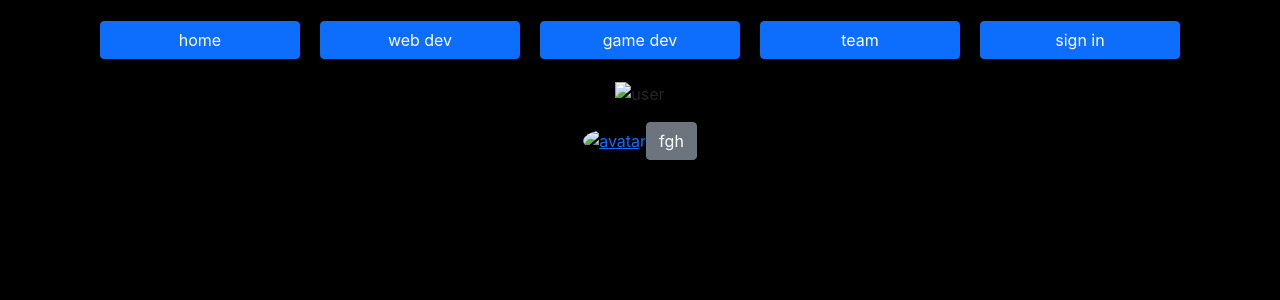
Repository: romAtam/5778
Page: /team/fgh
These files come from the project's save history. The page is drawn as it stood at one moment and after the next save; the edit follows.
The browser window is 1280 px wide. The pictures show the whole page.
The page's requests for data from a server got no answer. The project was rebuilt for these pictures with package versions that can differ from the ones it lists, and the page was loaded fresh each time. No one was signed in, and anything a server would have sent is missing. Also part of the build but not shown: src/Pages/Home.js, src/Pages/Game.js, src/Pages/Web.js, src/Pages/Signin.js, src/Pages/Register.js.

Above is the page before, as saved 2021-12-12 02:25:59.

### public/index.html
<!DOCTYPE html>
<html lang="en">
  <head>
    <meta charset="utf-8" />
    <link rel="icon" href="%PUBLIC_URL%/favicon.ico" />
    <meta name="viewport" content="width=device-width, initial-scale=1" />
    <meta name="theme-color" content="#000000" />
    <link href="https://cdn.jsdelivr.net/npm/bootstrap@5.0.2/dist/css/bootstrap.min.css" rel="stylesheet" integrity="sha384-EVSTQN3/azprG1Anm3QDgpJLIm9Nao0Yz1ztcQTwFspd3yD65VohhpuuCOmLASjC" crossorigin="anonymous">
    <meta
      name="description"
      content="Web site created using create-react-app"
    />
    <link rel="apple-touch-icon" href="%PUBLIC_URL%/logo192.png" />
    <!--
      manifest.json provides metadata used when your web app is installed on a
      user's mobile device or desktop. See https://developers.google.com/web/fundamentals/web-app-manifest/
    -->
    <link rel="manifest" href="%PUBLIC_URL%/manifest.json" />
    <!--
      Notice the use of %PUBLIC_URL% in the tags above.
      It will be replaced with the URL of the `public` folder during the build.
      Only files inside the `public` folder can be referenced from the HTML.

      Unlike "/favicon.ico" or "favicon.ico", "%PUBLIC_URL%/favicon.ico" will
      work correctly both with client-side routing and a non-root public URL.
      Learn how to configure a non-root public URL by running `npm run build`.
    -->
    <title>React App</title>
  </head>
  <body>
    <noscript>You need to enable JavaScript to run this app.</noscript>
    <div id="root"></div>
    <!--
      This HTML file is a template.
      If you open it directly in the browser, you will see an empty page.

      You can add webfonts, meta tags, or analytics to this file.
      The build step will place the bundled scripts into the <body> tag.

      To begin the development, run `npm start` or `yarn start`.
      To create a production bundle, use `npm run build` or `yarn build`.
    -->
  </body>
</html>

### src/index.js
import React from 'react';
import ReactDOM from 'react-dom';
import './index.css';
import App from './App';

import {BrowserRouter as Router} from "react-router-dom"
ReactDOM.render(
  <React.StrictMode>
    <Router>
       <App />
    </Router>

  </React.StrictMode>,
  document.getElementById('root')
);

### src/App.js

import './App.css';
import Nav from './Nav'
import {Routes,Route,useParams} from "react-router-dom"
import Home from "./Pages/Home"
import Game from "./Pages/Game"
import Web from "./Pages/Web"
import Team from "./Pages/Team"
import Signin from "./Pages/Signin"
import User from "./Pages/User"
import Register from "./Pages/Register"
function App() {
  return (
    <div className="App">
<Nav/>
<Routes>
  <Route path="/" element={<Home/>}/>
  <Route path="/game" element={<Game/>}/>
  <Route path="/web" element={<Web/>}/>
  <Route path="/team" element={<Team/>}>
      <Route path=":id" element={<User/>}/>
  </Route>

  <Route path="/signin" element={<Signin/>}/>
  <Route path="/register" element={<Register/>}/>
</Routes>



    </div>
  );
}




export default App;

### src/Nav.js
import React from 'react'
import{Link} from "react-router-dom"
import styled from "styled-components"

const NavContainer=styled.div`
display: grid;
grid-gap:20px;
justify-content:center;
align-items:center;
height:80px;
font-size:1.5rem;
padding:1rem 2rem;
border-bottom: 1px solid #000;
grid-template-columns: repeat(5,minmax(100px,200px));
background-color:black;
@media (max-width: 768px){
    grid-template-columns: 1fr;
    height:100vh;
    max-height:800px ;
}

`

const Nav = () => {



    return (
        <NavContainer>
               <Link className="btn btn-primary" to="/">home</Link>
               <Link className="btn btn-primary" to="/web">web dev</Link>
               <Link className="btn btn-primary" to="/game">game dev</Link>
               <Link className="btn btn-primary" to="/team">team</Link>
               <Link className="btn btn-primary" to="/signin">sign in</Link>
        </NavContainer>
    )
}

export default Nav

### src/Pages/Team.js
import React,{useState,useEffect} from 'react'
import styled from "styled-components";
import {Link,Outlet} from "react-router-dom"
export const TeamContainer=styled.div`
display:grid ;
grid-gap:20px ;
grid-template-columns:repeat(auto-fit,minmax(200px,1fr)) ;
justify-content:center ;
align-items:center ;
background-color:black;
color: white ;
`
const UserPlace=styled.div`
width: 300px;
height: 300px;
background-color:black;
color: white;
`
const Team = () => {
    const[team,setTeam]=useState([{login:"fgh"}]);

    useEffect(() =>{
       const fetchTeam=async()=>{
    const teamJson=await fetch("https://api.github.com/users");
    const data=await teamJson.json()

    setTeam(data)
        console.log(data);
}
fetchTeam()

    }

    ,[])

    return (
        <>


             <Outlet/>


         <TeamContainer>

           {team.map(user=>(
               <Link to={`${user.login}`}>
                       <div key={user.login}>
                   <img style={{borderRadius:"100%",marginBottom:"8px"}} width='200' src={user.avatar_url} alt="avatar" />
                   <h2 className="btn btn-secondary">{user.login}</h2>
               </div>
               </Link>

           ))}
        </TeamContainer>
        </>

    )
}

export default Team

### src/Pages/User.js
import React,{useState,useEffect} from 'react'
import {useParams} from "react-router-dom"
const User = () => {
    const[user,setUser]=useState({})
    const {id}=useParams()
    useEffect(() =>{
        const fetchTeam=async()=>{
     const teamJson=await fetch(`https://api.github.com/users/${id}`);
     const data=await teamJson.json()

     setUser(data)
         console.log(data);
 }
 fetchTeam()

     }

     ,[id])

    return (
        <div>

<img width="200" src={user.avatar_url} alt="user" />

               <p>{user.name}</p>
            <p>{user.location}</p>
            <p>{user.blog}</p>


        </div>
    )
}

export default User

Loaded but not shown: src/index.css (common file); src/App.css (common file)

After the next save:
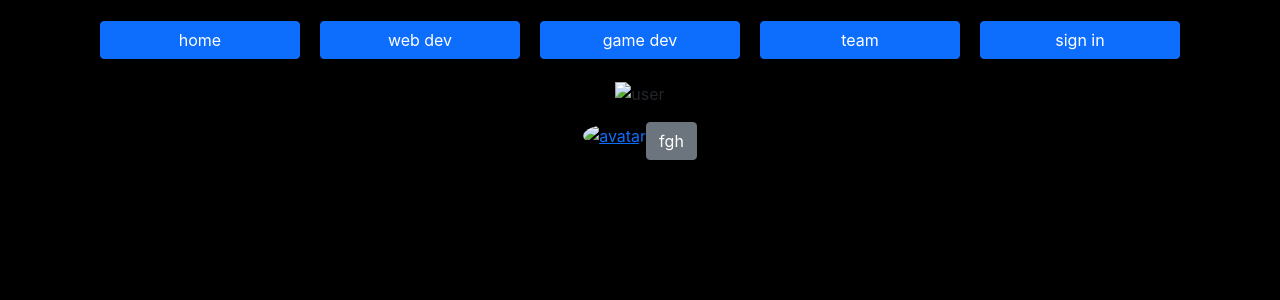
Saved 14 s later.
--- a/src/Pages/Team.js
+++ b/src/Pages/Team.js
@@ -45,7 +45,7 @@ fetchTeam()
            {team.map(user=>(
                <Link to={`${user.login}`}>
                        <div key={user.login}>
-                   <img style={{borderRadius:"100%",marginBottom:"8px"}} width='200' src={user.avatar_url} alt="avatar" />
+                   <img style={{borderRadius:"100%",marginBottom:"18px"}} width='200' src={user.avatar_url} alt="avatar" />
                    <h2 className="btn btn-secondary">{user.login}</h2>
                </div>
                </Link>
